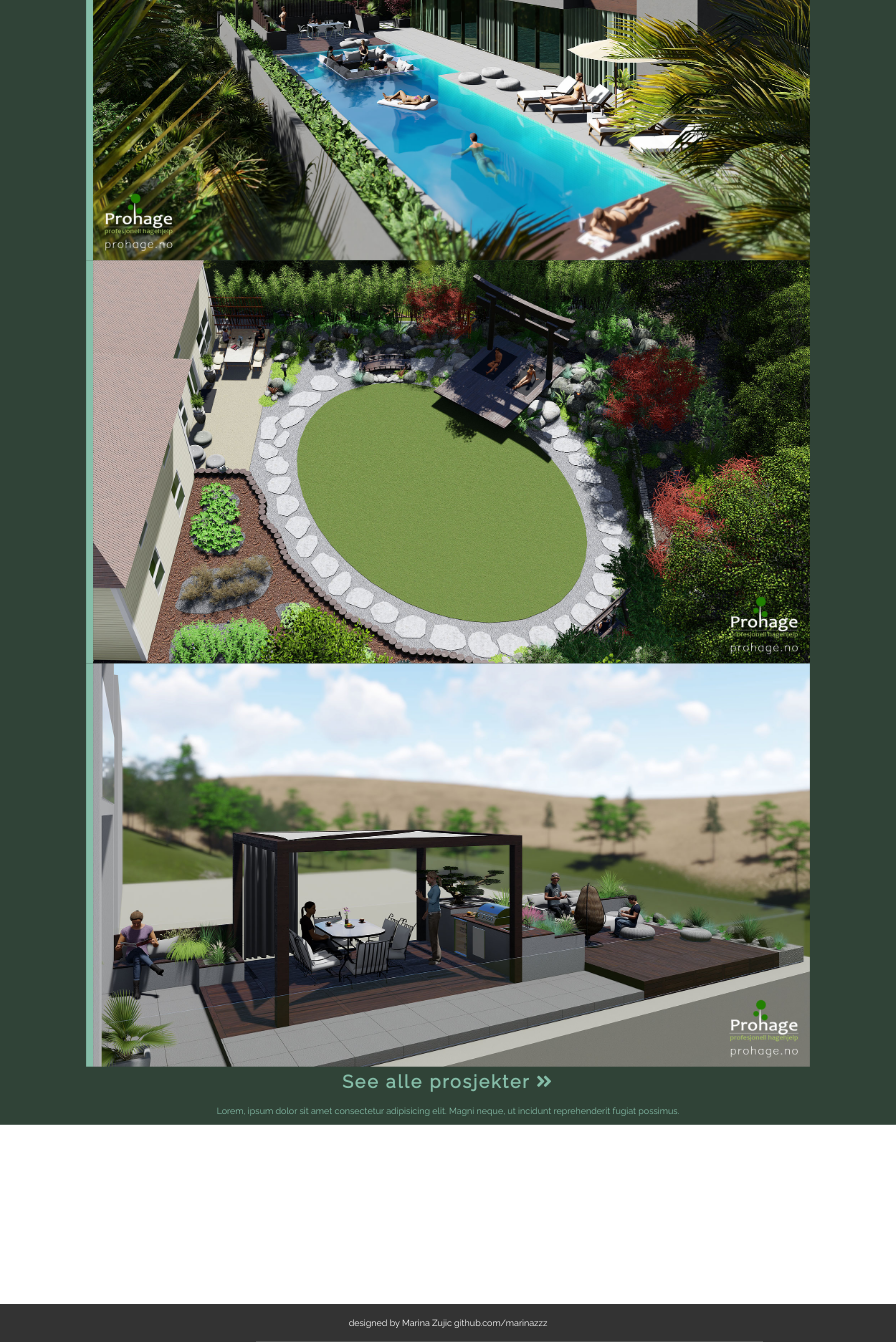
Repository: marinazzz/garden-design-website
Page: Garden design website/index.html
These files come from the project's save history. The page is drawn as it stood at one moment and after the next save; the edit follows.
The browser window is 1280 px wide. The pictures show the part of the page from y = 1747 to 3667 px (the page is 3664 px tall before and 3667 px after), at 70% of full size.

Above is the page before, as saved 2020-04-01 14:41:52.

### Garden design website/index.html
<!DOCTYPE html>
<html lang="nb">
<head>
    <title>Hagedesign Oslo</title>
    <link rel="stylesheet" type="text/css" href="CSS/fontawesome-free-5.12.1-web/css/all.min.css">
    <link rel="stylesheet" type="text/css" href="CSS/style.css"/>
    <link rel="stylesheet" type="text/css" href="CSS/min-width-768px.css">
    <link rel="stylesheet" type="text/css" href="CSS/min-width-992px.css">
    <link rel="stylesheet" href="https://cdnjs.cloudflare.com/ajax/libs/animate.css/3.7.2/animate.min.css">
    <link rel="stylesheet" type="text/css" href="PLUGINS/glide-master/dist/css/glide.core.min.css" />
    <link rel="stylesheet" type="text/css" href="PLUGINS/glide-master/dist/css/glide.theme.min.css" />
    <link href="https://fonts.googleapis.com/css?family=Raleway&display=swap" rel="stylesheet">
    <meta name="viewport" content="width=device-width, initial-scale=1" charset="UTF-8">
</head>
<body>
    <header class="header--white-green">
        <div class="wrapper">
        <div class="container__menu--small container__menu"> <!--grid container-->
            <div class="container__logo"> <!--1.column-->
                <img class="logo"src="images/prohage black.png" alt="Prohage logo">
            </div>
            <div class="container__items--small container__items"> <!--2.column-->
                <div class="container__item"> <!--1.row-->
                     <a href="mailto:info@prohage.no"
                         class ="container__item-txt"><i class="far fa-envelope"></i>info@prohage.no</a>
                     <a href="tlf:45511111"
                         class="container__item-txt"><i class="fas fa-phone"></i>45511111</a>
                </div>
               <div class="container__item-bottom"> <!--2.row-->
                   <button class="menu__toggle">
                       <i class="fas fa-bars"></i>
                   </button>
                   <nav id="menu">
                        <ul class="menu__list">
                            <li class="menu__item">
                                <a class="menu__link" href="home">Home</a>
                            </li>
                            <li class="menu__item">
                                <a class="menu__link" href="#services">Våre tjenester</a>
                            </li>
                            <li class="menu__item">
                                <a class="menu__link" href="#gallery">Galleri</a>
                            </li>
                            <li class="menu__item">
                                <a class="menu__link" href="#about">Om oss</a>
                            </li>
                            <li class="menu__item">
                                <a class="menu__link" href="#blog">Blogg</a>
                            </li>
                            <li class="menu__item">
                                <a class="menu__link" href="kontakt">Kontakt</a>
                            </li>
                       </ul>
                   </nav>
               </div>
            </div>
            </div>
        </div>
        <section id="main-photo">
            <div class="glide">
                <div class="glide__track"
                     data-glide-el="track">
                    <ul class="glide__slides">
                        <li class="glide__slide">
                            <img class="main-photo__item"
                                 srcset="images/daylight-environment-garden-2000.jpg 2000w,
                                         images/daylight-environment-garden-1000.jpg 1000w"
                                 sizes="(min-width: 1440px) 2000px, 100vw"
                                 src="images/daylight-environment-garden-2000.jpg" alt="Garden and plants" />
                                 <h1 class="main-photo__title">Profesjonell hagehjelp</h1>
                        </li>
                        <li class="glide__slide">
                            <img class="main-photo__item"
                                 srcset="images/main-header-photo-2000.jpg 2000w,
                                          images/main-header-photo-1000.jpg 1000w"
                                 sizes="(min-width: 1440px) 2000px, 100vw"
                                 src="images/main-header-photo-2000.jpg" alt="Garden and plants" />
                                 <h1 class="main-photo__title">Ta kontakt allerede idag</h1>
                                </li>
                        <li class="glide__slide">
                            <img class="main-photo__item"
                                 srcset="images/header-photo-2000.jpg 2000w,
                                         images/header-photo-1000.jpg 1000w"
                                 sizes="(min-width: 1440px) 2000px, 100vw"
                                 src="images/header-photo-2000.jpg" alt="Garden designed by proffesional" />
                                 <h1 class="main-photo__title">Rådgiving og tipser</h1>
                        </li>
                        <li class="glide__slide">
                            <img class="main-photo__item"
                                 srcset="images/bloom-blooming-blur-2000.jpg 2000w,
                                         images/bloom-blooming-blur-1000.jpg 1000w"
                                 sizes="(min-width: 1440px) 2000px, 100vw"
                                 src="images/bloom-blooming-blur-2000.jpg" alt="Garden designed by proffesional" />
                                 <h1 class="main-photo__title">Følg vår hageblogg</h1>
                        </li>
                    </ul>
                </div>
                <!--<div class="glide__arrows"
                         data-glide-el="controls">
                        <button class="glide__arrow glide__arrow--left"
                                data-glide-dir="<">
                            <i class="fas fa-chevron-circle-left"></i>
                        </button>
                        <button class="glide__arrow glide__arrow--right"
                                data-glide-dir=">">
                            <i class="fas fa-chevron-circle-right"></i>
                        </button>
                    </div>-->
            </div>

            <!--<img class="main-photo__item1"
                 srcset="images/architecture-clouds-daylight-2000.jpg 2000w,
                         images/architecture-clouds-daylight-1000.jpg 1000w"
                 sizes="(min-width: 1440px) 2000px, 100vw"
                 src="images/architecture-clouds-daylight-2000.jpg" alt="Garden">
            <img class="main-photo__item2"
                 srcset="images/header-photo-2000.jpg 2000w,
                         images/header-photo-1000.jpg 1000w"
                 sizes="(min-width: 1440px) 2000px, 100vw"
                 src="images/header-photo-2000.jpg" alt="Garden designed by proffesional" >
            <img class="main-photo__item3"
                 srcset="images/main-header-photo-2000.jpg 2000w,
                         images/main-header-photo-1000.jpg 1000w"
                 sizes="(min-width: 1440px) 2000px, 100vw"
                 src="images/main-header-photo-2000.jpg" alt="Garden and plants" >
            <h1 class="main-photo__title">Profesjonell hagehjelp</h1>-->
        </section>
     </header>
     <main>
         <section id="services" class="section--white-green section__container">
            <h1 class="services__title">Tjenester</h1>
            <div class="services__wrapp">
            <section class="services__item">
                <div class="item-title__wrapp">
                    <i class="fas fa-circle"></i>
                    <h2 class="services__item-title">Hagedesign</h2>
                </div>
                <p class="services__txt">Lorem ipsum dolor sit amet consectetur adipisicing elit. Reiciendis, laboriosam.ipsum ex aperiam dolores corporis iusto!</p>
                <div class="button__position">
                     <img class="services__photo" src="images/person-holding-black-pen-1109541.jpg" alt="Hagedesigner tegner" />
                     <button class="services__toggle">les mer</button>
                </div>
            </section>
            <section class="services__item">
                <div class="item-title__wrapp">
                    <i class="fas fa-circle"></i>
                    <h2 class="services__item-title">Hagekonsultasjon</h2>
                </div>
                <p class="services__txt">Lorem ipsum dolor sit amet consectetur adipisicing elit. Reiciendis, laboriosam.ipsum ex aperiam dolores corporis iusto!</p>
                <div class="button__position">
                    <img class="services__photo" src="images/colorful-garden-1226667-1919x1272.jpg" alt="Hagekonsultasjon med hagedesigner"/> <!--smaller picture than other 2-->
                    <button class="services__toggle">les mer</button>
                </div>
            </section>
            <section class="services__item">
                <div class="item-title__wrapp">
                    <i class="fas fa-circle"></i>
                    <h2 class="services__item-title">Hageskise</h2>
                </div>
                <p class="services__txt">Lorem ipsum dolor sit amet consectetur adipisicing elit. Reiciendis, laboriosam.ipsum ex aperiam dolores corporis iusto!</p>
                <div class="button__position">
                    <img class="services__photo" src="images/selective-focus-photography-of-green-leafed-plant-on-table-1424464.jpg" alt="Hagedesigner hjelp"/>
                    <button class="services__toggle">les mer</button>
                </div>
            </section>
            </div>
         </section>
         <section id="gallery" class="section--dark-green section__container">
            <h1 class="gallery__title services__title">Våre prosjekter</h1>
            <div class="gallery__wrapp">
                <img class="gallery__item"
                     srcset="images/gallery-photo1-2000.jpg 2000w,
                             images/gallery-photo1-1000.jpg 1000w"
                     sizes="(min-width: 1440px) 2000px, 100vw"
                     src="images/gallery-photo1-2000.jpg" alt="Hagedesign terrase" />
                <img class="gallery__item"
                     srcset="images/gallery-photo2-2000.jpg 2000w,
                             images/gallery-photo2-1000.jpg 1000w"
                     sizes="(min-width: 1440px) 2000px, 100vw"
                     src="images/gallery-photo2-2000.jpg" alt="Hagedesign terrase" />
                <img class="gallery__item"
                     srcset="images/gallery-photo3-2000.jpg 2000w,
                             images/gallery-photo3-1000.jpg 1000w"
                     sizes="(min-width: 1440px) 2000px, 100vw"
                     src="images/gallery-photo3-2000.jpg" alt="Hagedesign terrase" />
                <div class="gallery__txt-wrapp">
                    <h2 class="gallery__item-title services__item-title">See alle prosjekter
                        <i class="fas fa-angle-double-right"></i>
                    </h2>
                    <p class="gallery__txt">Lorem, ipsum dolor sit amet consectetur adipisicing elit. Magni neque, ut incidunt reprehenderit fugiat possimus.</p>
                </div>
            </div>



        </section>
         <article id="blog-posts">

         </article>
         <section id="about oss">

        </section>
     </main>
     <footer>
	     <p>designed by Marina Zujic
		     <a href="https://github.com/marinazzz">github.com/marinazzz</a>
	     </p>
     </footer>
     <script src="PLUGINS/glide-master/dist/glide.min.js"></script>
     <script>
        new Glide('.glide', {
            type: 'carousel',
            autoplay: true,
            hoverpause: false,
            perView: 1,
            animationDuration: 10000
        }).mount()
      </script>
     <script src="JS/js-app.js"></script>
</body>
</html>

### Garden design website/CSS/style.css
html {
  font-size: 62.5%;
}

body {
  margin: 0;
  padding: 0;
  text-align: center;
  box-sizing: border-box;
  font-family: 'Raleway', sans-serif;
}

       /*__ HEADER__ */

/*color styles*/
.header--white-green {
  --header-bg-color: #528C36;
  --header-link-color: black;
  --header-menu-link: #fff;
  --header-toggle-color: #528C36;
}

/*main style*/
.container__menu--small {
  display: flex;
  justify-content: space-around;
  box-shadow: 0 0 2rem 0 rgba(0, 0, 0, 0.24), 0 0 30rem 0 rgba(0, 0, 0, 0.2);
}

.logo {
  max-height: 8rem;
  background: white;
}

.container__items--small {
  display: grid;
  grid-template-rows: 1fr 1fr;
  align-content: flex-end;
  width: 250px;
}

.container__item {
  align-self: center;
}

.container__item,
.container__item-bottom {
  text-align: end;
}

.container__item-txt {
  color: var(--header-link-color);
  text-decoration: none;
  font-size: 1.2rem;
}

.container__item > a:first-of-type {
  padding-right: 1.6rem;
}

.container__item-bottom > nav {
  text-align: center;
}

.menu__toggle {
  color: var(--header-bg-color);
  box-sizing: border-box;
  border: none;
  background-color: transparent;
  outline: none;
  font-size: 3rem;
  line-height: 0;
  padding: 0.5rem;
  color: var(--header-toggle-color);
  position: relative;
  z-index: 100;
}

.fa-phone,
.fa-envelope {
  margin-right: 1rem;
}


/* MENU */

#menu {
  display: none;
  position: absolute;
  top: auto;
  left: 0;
  width: 100%;
  padding-top: 1rem;
  background-color: var(--header-bg-color);
  z-index: 20;
}

.menu__list {
  padding: 0;
  margin: 0;
  display: flex;
  flex-direction: column;
}

.menu__item {
  display: block;
  margin-bottom: 1rem;
}

.menu__link {
  color: var(--header-menu-link);
  text-decoration: none;
  font-size: 1.4rem;
}

#menu.menu-opened {
  display: block;
}


/*FOR SMALL DEVICES*/

@media screen and (max-width: 420px) {

  .logo {
    max-height: 7rem;
  }

  .container__items--small {
    width: auto;
    align-self: center;
  }

  .container__item > a:first-of-type {
    padding-right: 1.3rem;
  }

  .container__item {
    text-align: center;
  }

  .fa-phone, .fa-envelope {
    margin-right: 0.3rem;
  }
}

/* MAIN PICTURE */

#main-photo {
  width: 100%;
  padding-top: 1rem;
}

.main-photo__title {
  position: absolute;
  color: white;
  background-color:#524a4a3b;
  border: 0.1rem solid white;
  filter: drop-shadow(2px 4px 6px black);
  padding: 2rem;
  margin: 0 auto;
  font-size: 1.5rem;
  letter-spacing: 0.2rem;
  top: 50%;
  left: 50%;
  transform: translate(-50%, -50%);
}



/* GLIDE SLIDER CSS OVERRIDES */

.glide__slides {
  margin: 0;
}

.glide__slide {
  position: relative;
}

/*#main-photo .glide__arrow  {
  font-size: 4rem;
  padding: 0;
  border-color: transparent;
  box-shadow: none;
  border-radius: 50%;
  line-height: 0;
  transition: all 200ms ease-in-out;
}

#main-photo .glide__arrow:hover {
  border-color: #252525;
  color: #252525;
}*/



/*#main-photo {
  position: relative;
}

.main-photo__item {
   width: 100%;
}

.main-photo__title {
  position: absolute;
  bottom: 1rem;
  left: 20rem;
  font-size: 2rem;
}*/



/*1. COLOR OPTION*/
/* CSS variables*/
/* :root {
  --header-bg-color: #4daa57;
  --header-top-bg-color: #252525;
  --header-toggle-color: #fff;
}*/

/*.top-header__item {
  color: var(--header-link-color);
  text-decoration: none;
  font-size: 1.4rem;
}*/


/*------MAIN----------*/

/* SECTIONS */

/*Common styles for sections*/

/*color styles*/
.section--white-green {
  --section-bg: #FAFAFA;
  --section-title-bg: #528C36;
  --section-border-color: #528C36;
  --section-h2-color: #1C1A21;
  --buttons-services-color: #528C36;
}

/*layout*/
.services__wrapp {
  padding: 1rem 1rem 0 1rem;
  display: flex;
  flex-direction: column;
}

/*#services, #gallery, #reviews, #about {
  padding: 0.5rem;
  background: var(--section-bg);
}*/

/*.services-title, .gallery-title, .about-title {
  font-size: 2.5rem;
  margin: 0 9rem;
  padding-top: 1.6rem;
  letter-spacing: 0.32rem;
  border-bottom: var(--section-border-color) solid 0.25rem;
}*/


/* SECTION SERVICES */

.services__title {
  font-size: 2.5rem;
  position: absolute;
  left: 50%;
  transform: translate(-50%, -50%);
  border-radius: 0.7rem;
  color: #fafafa;
  background: var(--section-title-bg);
  letter-spacing: 0.32rem;
  padding: 1rem;
  margin: 0 auto;
  text-transform: uppercase;
}

.services__title,
.services__photo,
.services__toggle {
  box-shadow: 0 16px 38px -12px rgba(0, 0, 0, 0.56), 0 4px 25px 0px rgba(0, 0, 0, 0.12), 0 8px 10px -5px rgba(0, 0, 0, 0.2);
}

.services__item {
  padding-top: 5rem;
}

.item-title__wrapp {
  display: flex;
  justify-content: center;
  align-items: center;
}

.fas,
.fa-circle {
  color: var(--buttons-services-color);
}

.services__item-title {
  color: var(--section-h2-color);
  letter-spacing: 0.2rem;
  margin: 0.5rem 0 0.5rem 0;
  font-size: 2rem;
  padding: 0 1rem;
}

.services__txt {
  margin: 0;
  padding: 1.5rem;
}

.button__position {
  position: relative;
}

.button__position > button {
  position: absolute;
  bottom: -15%;
  left: 50%;
  transform: translate(-50%, -50%);
}

.services__photo {
  overflow: hidden;
  border-radius: 50%;
  border-right: solid 1.2rem var(--section-border-color);
  width: 80%;
}

.services__toggle {
  background: var(--buttons-services-color);
  border-radius: 3rem;
  box-sizing: border-box;
  border: none;
  font-size: 1.4rem;
  padding: 1.2rem 3rem;
  color: #fff;
}


/* SECTION GALLERY */

.section--dark-green {
  --section-bg: #304337;
  --section-title-color: #304337;
  --section-title-bg: #86BEA9;
  --section-border-color: #86BEA9;
  --section-h2-color: #86BEA9;
}

#gallery {
  margin-top: 8rem;
  position: relative;
}

.gallery__title {
  width: 65%;
  color: var(--section-title-color);
  background: var(--section-title-bg);
}

.gallery__wrapp {
  background: var(--section-bg);
  padding-top: 5rem;
}

.gallery__item {
  border-left: solid 0.8rem var(--section-title-bg);
  width: 80%;
}

.gallery__wrapp,
.gallery__txt-wrapp {
  display: flex;
  flex-direction: column;
  align-items: center;
}

.gallery__item-title,
.gallery__txt {
  color: var(--section-title-bg);
}

/*FOOTER*/

footer {
  background: #333333;
  padding: 0.5rem;
  margin-top: 20rem; /*temporary*/
  color: white;
}

footer a {
  color: white;
  text-decoration: none;
}

### Garden design website/CSS/min-width-768px.css
@media screen and (min-width: 768px) {

  html {
    font-size: 70%;
  }

   /* HEADER */


   .container__menu,
   .container__items {
    display: grid;
   }

   .container__menu {
    grid-template-columns: 2fr 80%;
    box-shadow: 0 0 2rem 0 rgba(0, 0, 0, 0.62), 0 0 30rem 0 rgba(0, 0, 0, 0.19);
  }

  .container__items {
    grid-template-rows: 1fr 1fr;
    background: var(--header-bg-color);
    width: auto;
  }

  .container__item,
  .container__item-bottom {
    display: flex;
  }

  .container__item {
    align-self: center;
    justify-content: space-around;
    /*padding-left: 23rem;*/
  }

  .container__item > a:first-of-type {
    padding-left: 10rem;
  }

  .container__item-bottom {
    align-items: center;
  }

  .menu__toggle {
    display: none;
  }

  /* NAVIGATION */

  #menu,
  .menu-opened .menu__item .menu__link {
    display: block;
  }

  #menu {
    position: static;
    padding: 0;
    top: 0;
  }

  #menu,
  .menu_list {
    height: 100%;
  }

  .menu__list {
    height: 100%;
    flex-direction: row;
    justify-content: center;
    align-items: center;
    padding-left: 5rem;
  }

  .menu__item {
    height: 100%;
    display: block;
    flex-grow: 1;
    margin: 0;
    line-height: 4.5rem;
  }

  .menu__item:hover {
    background-color:#272727;
  }

  .menu__link:active {
    color:black;
  }

  .menu__link,
  .container__item-txt {
    font-weight: bold;
  }

  /* color styles */

  :root {
    /*header*/
    --header-bg-color:#528C36;
    --link-color: #FCFDF9;
  }

  /* MAIN PHOTO */

  .main-photo__title {
    font-size: 2rem;
    letter-spacing: 0.3rem;
}


/* SECTIONS */

/*Common styles for sections*/
/*layout*/
.services__wrapp {
  flex-direction: row;
}

.services__item {
  padding-top: 3rem;
}

.button__position > button {
  bottom: -20%;
}

}

### Garden design website/CSS/min-width-992px.css
@media screen and (min-width: 992px) {
    html {
        font-size: 80%;
    }

   /* HEADER */

    .logo {
        max-height: 9rem;
    }

    .container__items {
        width: auto;
    }

    .container__item {
        padding-left: 22rem;;
    }

    .container__item-bottom,
    .container__items {
        padding: 0;
    }

    #menu {
        padding-left: 10rem;
    }
}

@media screen and (min-width: 1440px) {

    /* HEADER */
    .container__menu {
        max-width: 1500px;
        margin: 0 auto;
    }

    .container__item {
        padding-left: 47rem;;
    }

    #menu {
        padding-left: 30rem;
    }


    /* MAIN PHOTO */

    .main-photo__title {
        font-size: 3rem;
        letter-spacing: 0.5rem;
    }
}

@media screen and (min-width: 2560px) {

    .logo {
        max-height: 12rem;
    }

    .container__item {
        justify-self: center;
    }

    .container__item > a:first-of-type {
        padding: 0 13rem;
    }

    .container__item-bottom {
        padding: 0 40rem;
    }

    /*content on middle*/

    .container__menu {
        max-width: 2000px;
    }

    .container__item-bottom,
    .container__items {
        padding: 0;
    }

    #menu,
    .container__item {
        padding-left: 50rem;
    }

    /* SECTIONS */

    .section__container {
        max-width: 2000px;
        margin: 0 auto;
    }

    .button__position > button {
        bottom: -10%;
      }
}

### Garden design website/JS/js-app.js
let mainNav = document.getElementById("menu");

let navBarToggle = document.querySelector(".menu__toggle");

navBarToggle.addEventListener("click", function () {

    mainNav.classList.toggle("menu-opened");
});

Loaded but not shown: Garden design website/CSS/fontawesome-free-5.12.1-web/css/all.min.css (library); Garden design website/PLUGINS/glide-master/dist/css/glide.core.min.css (common file); Garden design website/PLUGINS/glide-master/dist/css/glide.theme.min.css (common file); Garden design website/PLUGINS/glide-master/dist/glide.min.js (library)

After the next save:
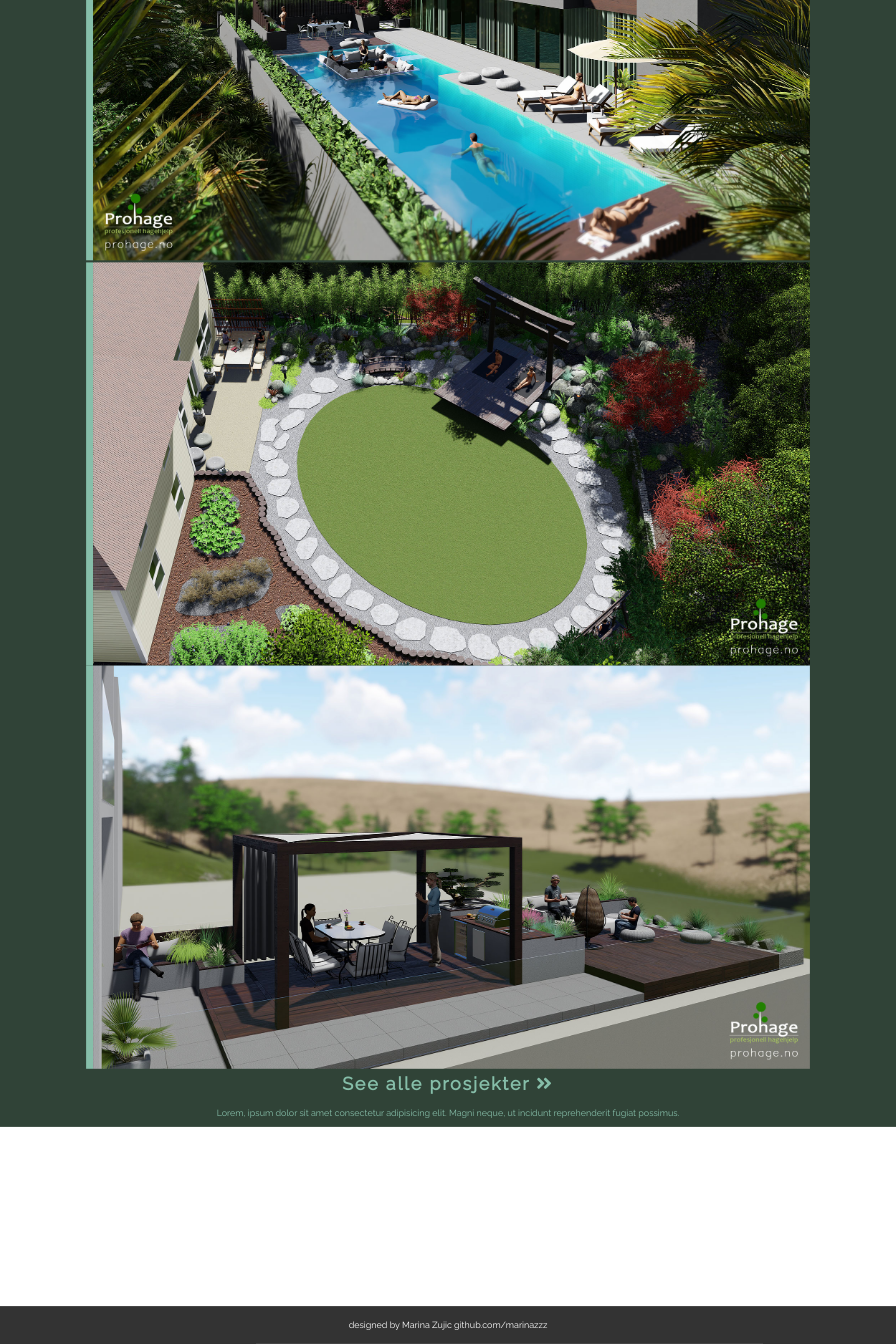
Saved 85 s later.
--- a/Garden design website/index.html
+++ b/Garden design website/index.html
@@ -168,11 +168,13 @@
          <section id="gallery" class="section--dark-green section__container">
             <h1 class="gallery__title services__title">Våre prosjekter</h1>
             <div class="gallery__wrapp">
-                <img class="gallery__item"
-                     srcset="images/gallery-photo1-2000.jpg 2000w,
-                             images/gallery-photo1-1000.jpg 1000w"
-                     sizes="(min-width: 1440px) 2000px, 100vw"
-                     src="images/gallery-photo1-2000.jpg" alt="Hagedesign terrase" />
+                <div class="gallery__item-wrapp">
+                    <img class="gallery__item"
+                         srcset="images/gallery-photo1-2000.jpg 2000w,
+                                 images/gallery-photo1-1000.jpg 1000w"
+                         sizes="(min-width: 1440px) 2000px, 100vw"
+                         src="images/gallery-photo1-2000.jpg" alt="Hagedesign terrase" />
+                </div>
                 <img class="gallery__item"
                      srcset="images/gallery-photo2-2000.jpg 2000w,
                              images/gallery-photo2-1000.jpg 1000w"
